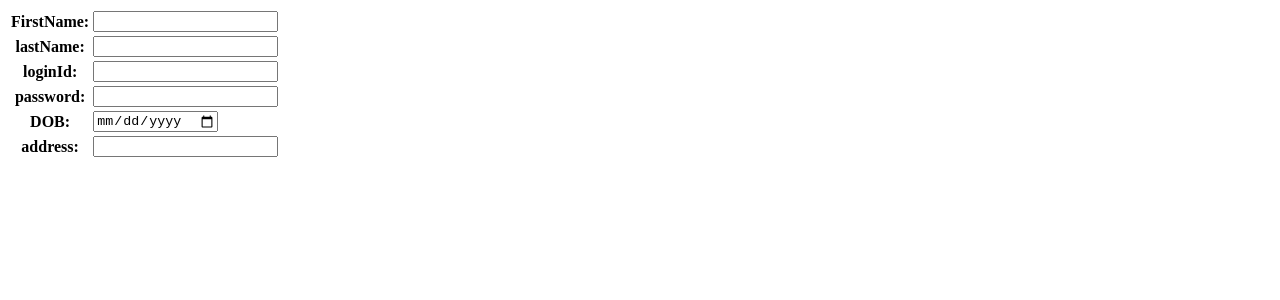
Repository: vikash9562/AdvanceJava
Page: http://localhost/DynamicProject/UserRegistration.jsp
These files come from the project's save history. The page is drawn as it stood at one moment and after the next save; the edit follows.
The browser window is 1280 px wide. The pictures show the whole page.
The page is served by Tomcat 9.

Above is the page before, as saved 2023-08-14 08:49:45.

After the next save:
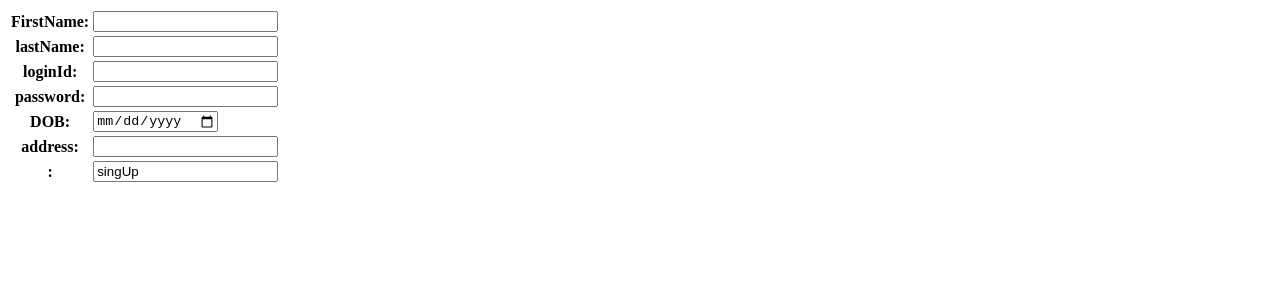
Saved 59 s later.
--- a/advance java/DynamicProject/WebContent/UserRegistration.jsp
+++ b/advance java/DynamicProject/WebContent/UserRegistration.jsp
@@ -38,7 +38,10 @@
 								<th> address:</th>
 								<td><Input type="text"name="address"></td>
 							</tr>
-
+							<tr>
+								<th> :</th>
+								<td><Input type="text"value="singUp"></td>
+							</tr>
 
 					</table>
 		</form>
